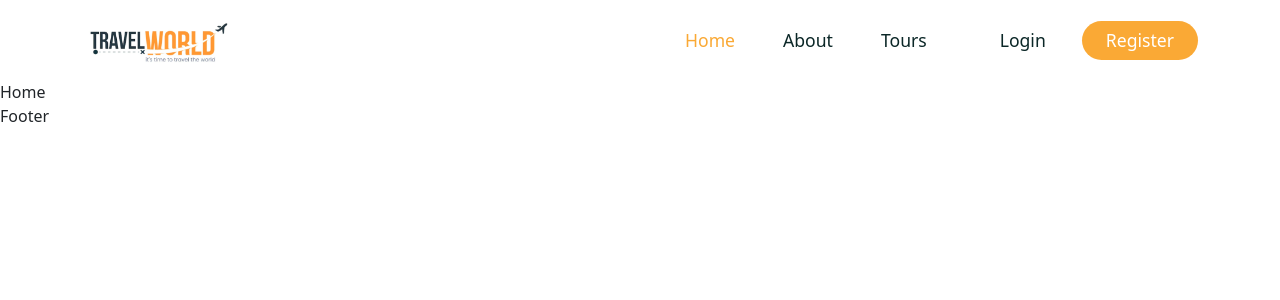
Repository: remydev47/travell-agency
Page: /
These files come from the project's save history. The page is drawn as it stood at one moment and after the next save; the edit follows.
The browser window is 1280 px wide. The pictures show the whole page.
Some web fonts or font styles are not loaded; a fallback is used. The project was rebuilt for these pictures with package versions that can differ from the ones it lists, and the page was loaded fresh each time. Also part of the build but not shown: vite.config.js, src/styles/home.css, src/pages/Login.jsx, src/pages/TourDetails.jsx, src/pages/Tours.jsx, src/pages/SearchResultList.jsx, src/pages/Register.jsx. Imported but missing from the stored project, and not drawn on this page: src/assets/images/hero-video.mp4.

Above is the page before, as saved 2023-01-31 11:31:06.

After the next save:
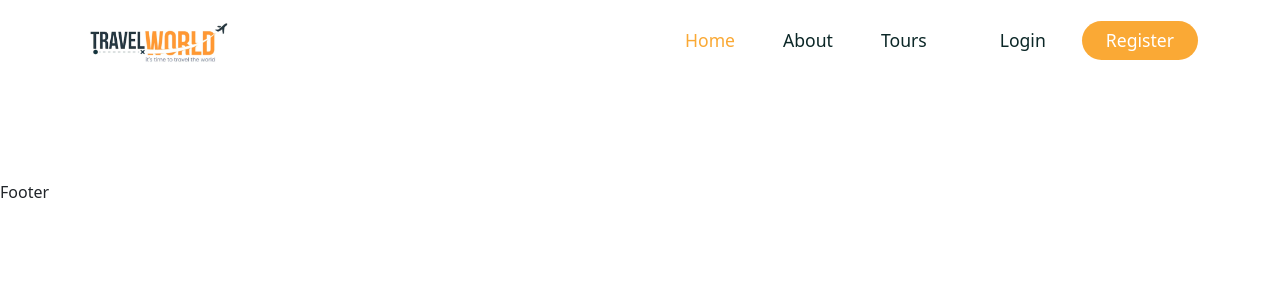
Saved 61 s later.
--- a/src/pages/Home.jsx
+++ b/src/pages/Home.jsx
@@ -7,7 +7,16 @@ import heroVideo from '../assets/images/hero-video.mp4'
 
 const Home = () => {
   return (
-    <div>Home</div>
+    <>
+     <section>
+      <Container>
+        <Row>
+          <Col lg="6">
+          </Col>
+        </Row>
+      </Container>
+     </section>
+    </>
   )
 }
 
